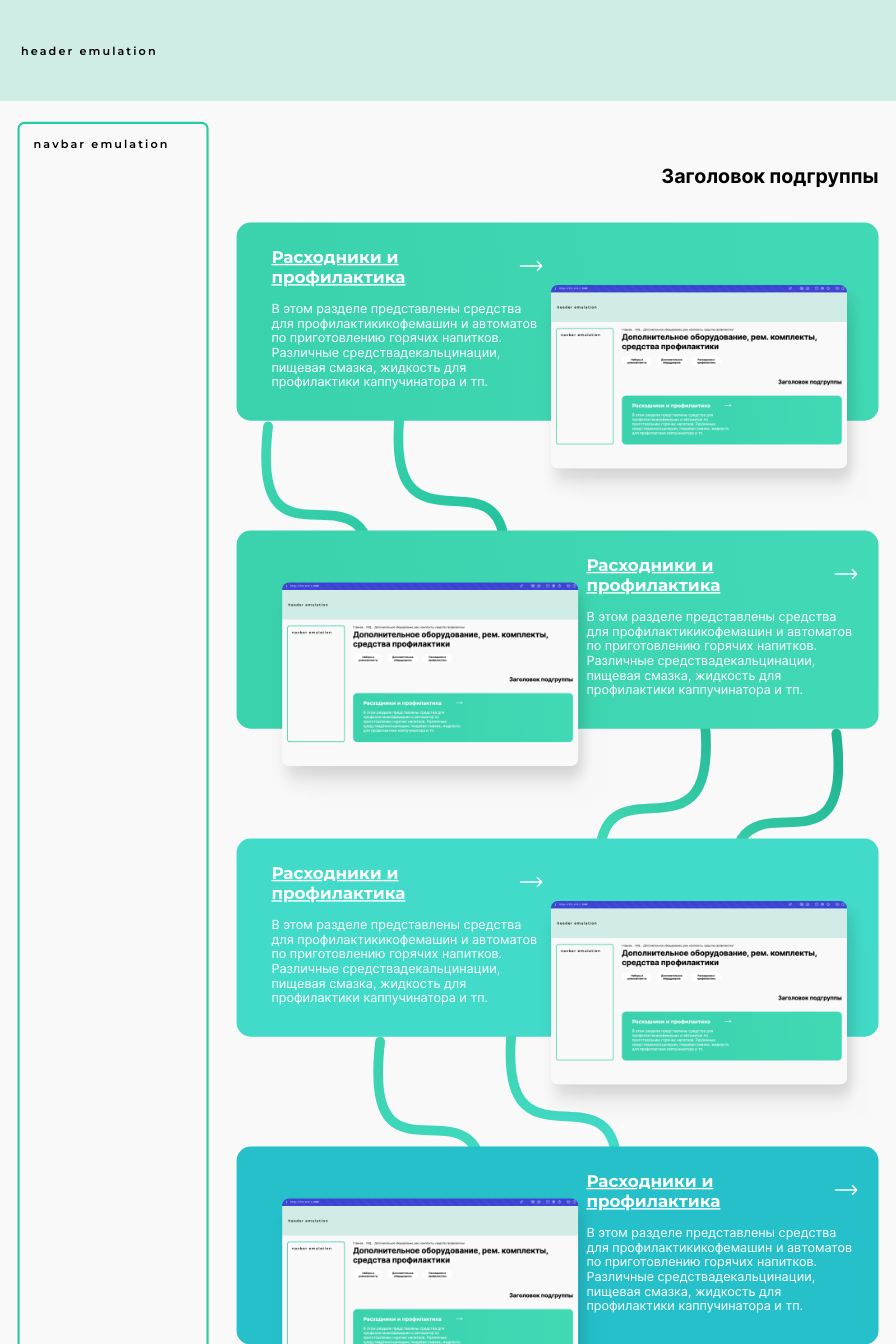
Repository: axonde/venpart-faq-pages
Page: index.html
These files come from the project's save history. The page is drawn as it stood at one moment and after the next save; the edit follows.
The browser window is 1280 px wide. The pictures show the part of the page from y = 0 to 1920 px (the page is 2635 px tall), at 70% of full size.

Above is the page before, as saved 2024-02-28 20:08:15.

After the next save:
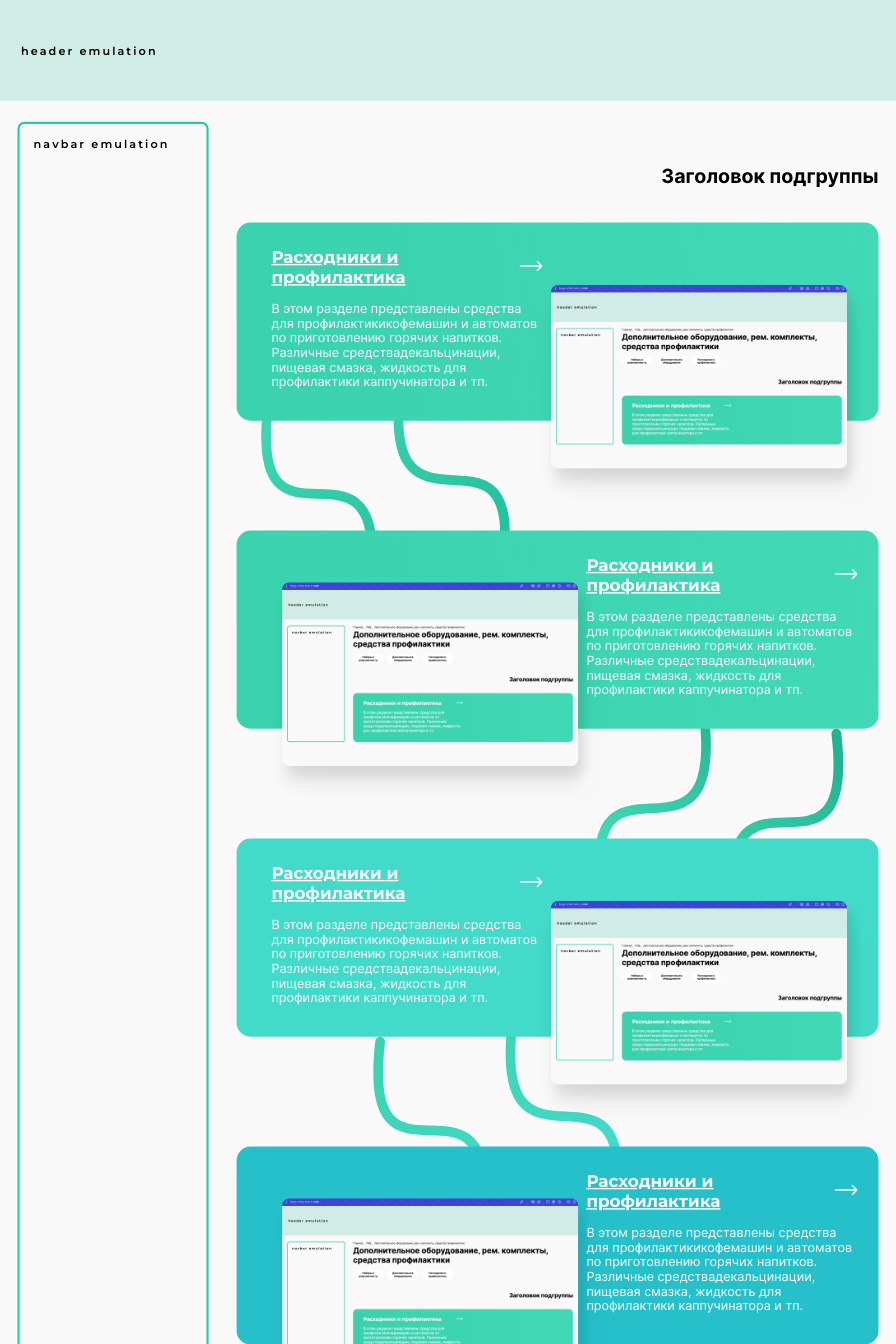
Saved 5 s later.
--- a/style.css
+++ b/style.css
@@ -569,7 +569,7 @@ scrollbar-width: none; /* Firefox */}
 	width: 356px;
 	height: 286px;
 	position: absolute;
-	bottom: -230px;
+	bottom: -200px;
 	left: 35px;
 	z-index: -1;}
 .faq__item:nth-child(2n)::after {
